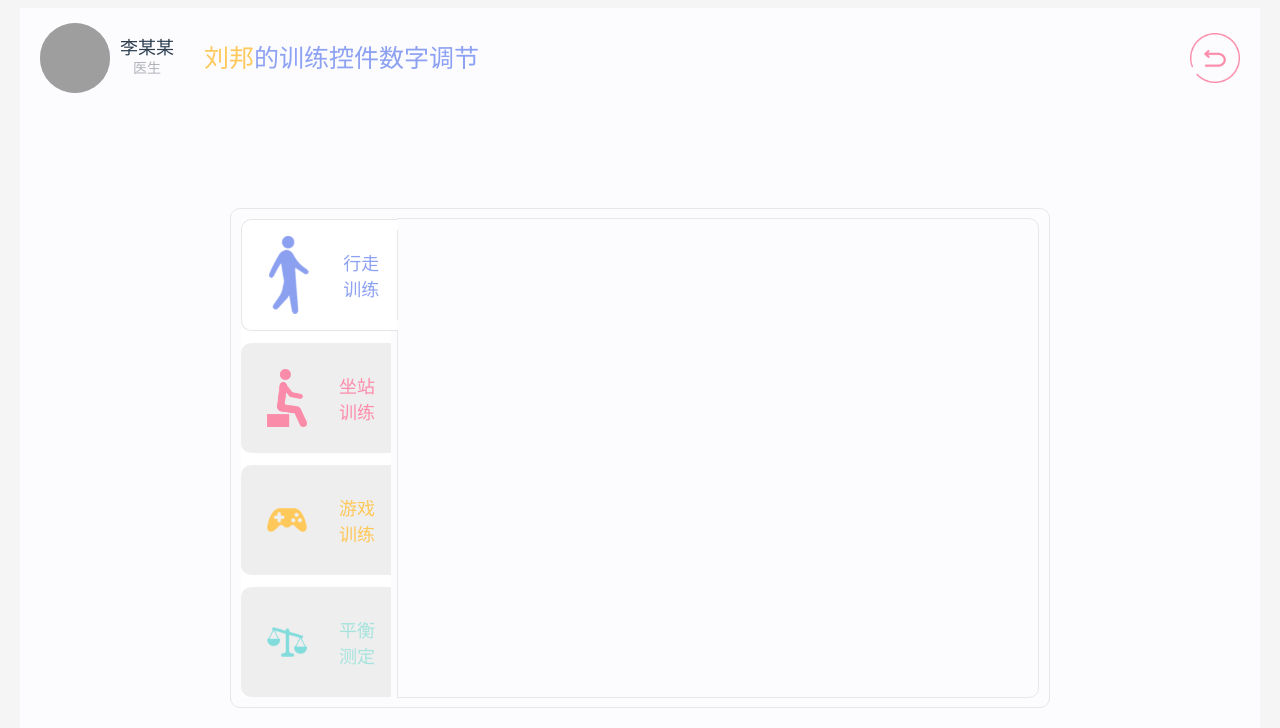
Repository: wangdanqing90/electron-vue-doctor
Page: /#/trainingAdjust
An editor plug-in stored every save of this project. The page is shown before and after the next save, followed by the edit.
The browser window is 1280 px wide. The pictures show the whole page.
Pictures or frames that could not be fetched are drawn as grey boxes. The project was rebuilt for these pictures with package versions that can differ from the ones it lists, and the page was loaded fresh each time. Also part of the build but not shown: vue.config.js, src/views/Home.vue, src/assets/styles/variable.scss, src/assets/styles/iconfont.css, src/components/Adjust/Adjust.vue.

Above is the page before, as saved 2020-01-15 08:48:21.

### public/index.html
<!DOCTYPE html>
<html lang="en">
  <head>
    <meta charset="utf-8">
    <meta http-equiv="X-UA-Compatible" content="IE=edge">
    <meta name="viewport" content="width=device-width,initial-scale=1.0">
    <link rel="icon" href="<%= BASE_URL %>favicon.ico">
    <title>electron-vue-demo</title>
  </head>
  <body>
    <noscript>
      <strong>We're sorry but electron-vue-demo doesn't work properly without JavaScript enabled. Please enable it to continue.</strong>
    </noscript>
    <div id="app"></div>
    <!-- built files will be auto injected -->
  </body>
</html>

### src/main.js
import Vue from 'vue'
import ElementUI from 'element-ui';
import 'element-ui/lib/theme-chalk/index.css';
import App from './App.vue'
import router from './router'
import store from './store'


import './assets/styles/variable.scss';
import './assets/styles/base.scss';
import './assets/styles/common.scss';
import './assets/styles/iconfont.css';
import common from './assets/js/common.js';


Vue.config.productionTip = false;
Vue.prototype.common = common;
Vue.use(ElementUI);


var vm = new Vue({
  router,
  store,
  render: h => h(App)
}).$mount('#app')





//var addon = require('bindings')('hello');var addon = require('bindings')('hello');
//alert(addon.hello()); // 'world'

### src/App.vue
<template>
  <div id="app">
    <!-- <div id="nav">
      <router-link to="/">Home</router-link> |
      <router-link to="/about">About</router-link>
    </div>-->
    <keep-alive>
      <router-view v-if="$route.meta.keepAlive"></router-view>
    </keep-alive>
    <router-view v-if="!$route.meta.keepAlive"></router-view>
  </div>
</template>

<style lang="scss">
#app {
  font-family: "Avenir", Helvetica, Arial, sans-serif;
  -webkit-font-smoothing: antialiased;
  -moz-osx-font-smoothing: grayscale;
  text-align: center;
  color: #2c3e50;
  height: 100%;
}
#nav {
  padding: 30px;
  a {
    font-weight: bold;
    color: #2c3e50;
    &.router-link-exact-active {
      color: #42b983;
    }
  }
}
</style>

### src/assets/styles/base.scss
html {
  background: #f5f5f5;
  height: 100%;
}

body {
  height: 100%;
}

p {
  margin: 0;
  padding: 0;
}

ol,
ul {
  list-style: none;
  margin: 0;
  padding: 0;
}

a {
  cursor: pointer;
}

.wrap-white {
  background: #fff;
  padding-left: 20px;
  padding-right: 20px;
  overflow: hidden;

}

.el-breadcrumb {
  margin-bottom: 15px;
}

.el-titleText {
  font-size: 20px;
  color: black;
  height: 64px;
  line-height: 64px;
}

//::-webkit-scrollbar {
//  width: 5px;
//  height: 5px;
//}
//
//::-webkit-scrollbar:horizontal {
//  height: 15px;
//}
//
//::-webkit-scrollbar-track-piece:vertical {
//  background-color: rgba(0, 0, 0, 0.2);
//  -webkit-border-radius: 6px;
//}
//
//::-webkit-scrollbar-track:horizontal {
//  background-color: rgba(0, 0, 0, 0.2);
//}
//
//::-webkit-scrollbar-thumb:vertical {
//  height: 5px;
//  background-color: rgba(125, 125, 125, 0.7);
//  -webkit-border-radius: 6px;
//}
//
//::-webkit-scrollbar-thumb:horizontal {
//  width: 5px;
//  background-color: rgba(125, 125, 125, 0.7);
//}

input[type="text"],
input[type="number"] {
  //-webkit-appearance: none;
  background-color: #fff;
  border-radius: 4px;
  border: 1px solid #d8dce5;
  box-sizing: border-box;
  color: #5a5e66;
  display: inline-block;
  font-size: inherit;
  height: 40px;
  line-height: 1;
  outline: 0;
  padding: 0 15px;
  -webkit-transition: border-color .2s cubic-bezier(.645, .045, .355, 1);
  transition: border-color .2s cubic-bezier(.645, .045, .355, 1);
  width: 100%;

  &:hover {
    border-color: #b4bccc;
  }

  &:focus {
    border-color: #409EFF;
    outline: 0;
  }
}

/*滚动条*/
::-webkit-scrollbar {
  -webkit-appearance: none;
}

::-webkit-scrollbar:vertical {
  width: 10px;
}

::-webkit-scrollbar:horizontal {
  height: 10px;
}

::-webkit-scrollbar-thumb {
  background-color: rgba(0, 0, 0, .5);
  border-radius: 10px;
  border: 2px solid #ffffff;
}

::-webkit-scrollbar-track {
  border-radius: 10px;
  background-color: #ffffff;
}

/*margin*/
.margin-bottom-240 {
  margin-bottom: 240px;
}

.margin-top--10 {
  margin-top: -10px;
}

.margin-top--15 {
  margin-top: -15px;
}

.margin-top--18 {
  margin-top: -18px;
}

.margin-top--20 {
  margin-top: -20px;
}

.margin-top--40 {
  margin-top: -40px;
}

.margin-top--60 {
  margin-top: -60px;
}

.margin-top--80 {
  margin-top: -80px;
}

.margin-top--180 {
  margin-top: -180px;
}

.margin-top-0 {
  margin-top: 0px !important;
}

.margin-top-10 {
  margin-top: 10px;
}

.margin-top-15 {
  margin-top: 15px;
}

.margin-top-20 {
  margin-top: 20px;
}

.margin-top-25 {
  margin-top: 25px;
}

.margin-top-30 {
  margin-top: 30px;
}

.margin-top-35 {
  margin-top: 35px;
}

.margin-top-40 {
  margin-top: 40px;
}

.margin-top-46 {
  margin-top: 46px;
}

.margin-top-50 {
  margin-top: 50px;
}

.margin-top-60 {
  margin-top: 60px;
}

.margin-top-70 {
  margin-top: 70px;
}

.margin-top-80 {
  margin-top: 80px;
}

.margin-top-100 {
  margin-top: 100px;
}

.margin-bottom-0 {
  margin-bottom: 0px !important;
}

.margin-bottom-5 {
  margin-bottom: 5px;
}

.margin-bottom-10 {
  margin-bottom: 20px;
}

.margin-bottom-20 {
  margin-bottom: 20px;
}

.margin-bottom-25 {
  margin-bottom: 25px;
}

.margin-bottom-30 {
  margin-bottom: 30px;
}

.margin-bottom-40 {
  margin-bottom: 40px;
}

.margin-bottom-50 {
  margin-bottom: 50px;
}

.margin-bottom-60 {
  margin-bottom: 60px;
}

.margin-bottom-70 {
  margin-bottom: 70px;
}

.margin-left-0 {
  margin-left: 0px !important;
}

.margin-left-5 {
  margin-left: 5px;
}

.margin-left--15 {
  margin-left: -15px;
}

.margin-left--35 {
  margin-left: -35px;
}

.margin-left-10 {
  margin-left: 10px;
}

.margin-left-25 {
  margin-left: 25px;
}

.margin-left-30 {
  margin-left: 30px;
}

.margin-left-40 {
  margin-left: 40px;
}

.margin-right-0 {
  margin-right: 0px;
}

.margin-right-5 {
  margin-right: 5px;
}

.margin-right-10 {
  margin-right: 10px;
}

.margin-right-30 {
  margin-right: 30px;
}


.margin-right--15 {
  margin-right: -15px;
}

.margin-right--35 {
  margin-right: -35px;
}

.margin-right--50 {
  margin-right: -50px;
}

.margin-0 {
  margin: 0px;
}

.padding-top-5 {
  padding-top: 5px;
}

.padding-top-10 {
  padding-top: 10px;
}

.padding-top-15 {
  padding-top: 15px;
}

.padding-top-20 {
  padding-top: 20px;
}

.padding-top-26 {
  padding-top: 26px;
}

.padding-top-30 {
  padding-top: 30px;
}

.padding-top-35 {
  padding-top: 35px;
}

.padding-top-40 {
  padding-top: 40px;
}

.padding-top-60 {
  padding-top: 60px;
}

.padding-top-70 {
  padding-top: 70px;
}

.padding-top-100 {
  padding-top: 100px;
}

.padding-top-150 {
  padding-top: 150px;
}

.padding-top-250 {
  padding-top: 250px;
}

.padding-left-0 {
  padding-left: 0px;
}

.padding-left-5 {
  padding-left: 5px;
}

.padding-left-7 {
  padding-left: 7.5px;
}

.padding-left-10 {
  padding-left: 10px;
}

.padding-left-12 {
  padding-left: 12px;
}

.padding-left-15 {
  padding-left: 15px;
}

.padding-left-20 {
  padding-left: 20px;
}

.padding-left-24 {
  padding-left: 24px;
}

.padding-left-30 {
  padding-left: 30px;
}

.padding-left-40 {
  padding-left: 40px;
}

.padding-left-50 {
  padding-left: 50px;
}

.padding-left-70 {
  padding-left: 70px;
}

.padding-left-90 {
  padding-left: 90px;
}

.padding-bottom-5 {
  padding-bottom: 5px;
}

.padding-bottom-10 {
  padding-bottom: 10px;
}

.padding-bottom-20 {
  padding-bottom: 20px;
}

.padding-bottom-26 {
  padding-bottom: 26px;
}

.padding-bottom-30 {
  padding-bottom: 30px;
}

.padding-bottom-40 {
  padding-bottom: 40px;
}

.padding-bottom-50 {
  padding-bottom: 50px;
}

.padding-bottom-60 {
  padding-bottom: 60px;
}

.padding-bottom-100 {
  padding-bottom: 100px;
}

.padding-right-0 {
  padding-right: 0px;
}

.padding-right-7 {
  padding-right: 7.5px;
}

.padding-right-15 {
  padding-right: 15px;
}

.padding-right-30 {
  padding-right: 30px;
}

.padding-right-40 {
  padding-right: 40px;
}

.padding-right-50 {
  padding-right: 50px;
}

.padding-right-60 {
  padding-right: 60px;
}

.padding-right-90 {
  padding-right: 90px;
}

.padding-0 {
  padding: 0px !important;
}

.padding-15 {
  padding: 15px;
}

.padding-20 {
  padding: 20px;
}

@media (min-width: 992px) {
  .margin-left-15 {
    margin-left: 15px;
  }

  .margin-right-15 {
    margin-right: 15px;
  }
}

body {
  font-size: 12px;
  color: #7F8FA4;
  font-family: "Helvetica Neue", Helvetica, "PingFang SC", "Hiragino Sans GB", "Microsoft YaHei", "微软雅黑", Arial, sans-serif;
  box-sizing: border-box;
}

.container {
  width: 1200px;
  min-height: 100%;
  margin: 0 auto;
  background: #fcfcfe;
  padding: 0 20px;
}

.el-dialog__body {
  font-size: 12px;
}

.pb10 {
  padding-bottom: 10px;
}

.pb30 {
  padding-bottom: 30px;
}

.mb30 {
  margin-bottom: 30px;
}

.toolbar {
  background: #fff;
  padding: 10px;
  margin: 10px 0px;
  text-align: center;
}

.handleMoreWrap .el-dialog__body {
  padding: 10px;
}

.handleMore-title {
  text-align: center;
  padding-bottom: 6px;
}

.handleMoreHeight {
  max-height: 300px;
  overflow: hidden;
  overflow-y: auto;
  border-top: 1px solid #ddd;
  padding-top: 10px;
}

.el-table__header th {
  white-space: nowrap;
  font-size: 12px;
  font-weight: 100;
}

.content-wrapper {
  -webkit-overflow-scrolling: touch;
}

.center {
  text-align: center;
}

.text-right {
  text-align: right;
}

.text-left {
  text-align: left;
}

.f-left {
  float: left;
}

.f-right {
  float: right;
}

.hand {
  cursor: pointer;
}

/*flex兼容*/
.display_flex {
  display: -webkit-box;
  display: -ms-flexbox;
  display: -webkit-flex;
  display: flex;
}

// .display_flex>* {
//   display: block;
// }

.display_inline-flex {
  display: -webkit-inline-box;
  display: -ms-inline-flexbox;
  display: -webkit-inline-flex;
  display: inline-flex;
}

// .display_inline-flex>* {
//   display: block;
// }

/*伸缩流方向*/
.flex-direction_column {
  -webkit-box-orient: vertical;
  -ms-flex-direction: column;
  -webkit-flex-direction: column;
  flex-direction: column;
}

/*主轴对齐*/
.justify-content_flex-center {
  -webkit-box-pack: center;
  -ms-flex-pack: center;
  -webkit-justify-content: center;
  justify-content: center;
}

.justify-content_flex-start {
  -webkit-box-pack: start;
  -ms-flex-pack: start;
  -webkit-justify-content: flex-start;
  justify-content: flex-start;
}

.justify-content_flex-end {
  -webkit-box-pack: end;
  -ms-flex-pack: end;
  -webkit-justify-content: flex-end;
  justify-content: flex-end;
}

.justify-content_flex-justify {
  -webkit-box-pack: justify;
  -ms-flex-pack: justify;
  -webkit-justify-content: space-between;
  justify-content: space-between;
}

.justify-content_flex-around {
  -webkit-box-pack: justify;
  -ms-flex-pack: justify;
  -webkit-justify-content: space-around;
  justify-content: space-around;
}

/*侧轴对齐*/
.align-items_flex-start {
  -webkit-box-align: start;
  -ms-flex-align: start;
  -webkit-align-items: flex-start;
  align-items: flex-start;
}

.align-items_flex-end {
  -webkit-box-align: end;
  -ms-flex-align: end;
  -webkit-align-items: flex-end;
  align-items: flex-end;
}

.align-items_center {
  -webkit-box-align: center;
  -ms-flex-align: center;
  -webkit-align-items: center;
  align-items: center;
}

.align-items_baseline {
  -webkit-box-align: baseline;
  -ms-flex-align: baseline;
  -webkit-align-items: baseline;
  align-items: baseline;
}

/*伸缩性*/
.flex_auto {
  -webkit-box-flex: 1;
  -ms-flex: auto;
  -webkit-flex: auto;
  flex: auto;
}

.flex_1 {
  width: 0;
  -webkit-box-flex: 1;
  -ms-flex: 1;
  -webkit-flex: 1;
  flex: 1;
}

/*显示顺序*/
.order_2 {
  -webkit-box-ordinal-group: 2;
  -ms-flex-order: 2;
  -webkit-order: 2;
  order: 2;
}

.order_3 {
  -webkit-box-ordinal-group: 3;
  -ms-flex-order: 3;
  -webkit-order: 3;
  order: 3;
}

### src/assets/styles/common.scss
.clearfix {

  &::after {
    display: block;
    height: 0;
    content: ".";
    clear: both;
    visibility: hidden;
  }
}

.float-left {
  float: left;
}

.float-right {
  float: right;
}

.align-left {
  text-align: left;
}

.align-right {
  text-align: right;
}

.small-size {
  font-size: 12px !important;
}

.large-size {
  font-size: 16px !important;
}

.New-elFrom {
  padding: 10px;
  background: #fff;

  .el-form-item {
    margin-bottom: 0;
  }

  .el-form-item__label {
    padding: 0;
    line-height: 30px;
    font-size: 12px;
    color: #7F8FA4;

  }

  .el-form-item__content-btn {
    text-align: center;
    padding: 20px 0 10px;
  }

  .el-select {
    display: block;
  }

  .el-date-editor.el-input,
  .el-input-number--medium {
    width: 100%;
  }
}

.el-radio-group {
  display: flex;
  display: -webkit-flex;
}

.el-radio-group .el-radio-button {
  flex: 1;
}



.el-button.purple,
.el-button.purple:active,
.el-button.purple:focus,
.el-button.purple:hover {
  color: white;
  background-color: #8c69e7;
  border: none;
  box-shadow: 0 2px 12px 0 rgba(240, 240, 240, 0.1)
}



.el-dialog {
  border-radius: 10px;

  .el-dialog__body {
    .purple {
      color: $purpleFontColor;
      font-size: 20px;
    }
  }
}

.el-form-item__label {
  color: $purpleFontColor;
}

.el-message-box .el-message-box__content {
  color: $purpleFontColor;
  font-size: 20px;
  margin: 30px 0;
  text-align: center;
}

.purpleFontColor {
  color: $purpleFontColor;
}

.pinkFontColor {
  color: $pinkFontColor;
}

.greenFontColor {
  color: $greenFontColor;
}

.yellowFontColor {
  color: $yellowFontColor;
}

### src/assets/js/common.js
1
export default {
    login: function () {
        console.log("1111");
    },

    // 判断是否为空
    isNullOrBlank: function (strJudge) {
        return strJudge === null || strJudge === undefined || strJudge === '';
    },

    // 计算两个日期时间差
    DateDiff: function (sDate1, sDate2) { // sDate1和sDate2是2002-12-18格式
        var aDate, oDate1, oDate2, iDays
        aDate = sDate1.split('-')
        oDate1 = new Date(aDate[1] + '-' + aDate[2] + '-' + aDate[0])
        aDate = sDate2.split('-')
        oDate2 = new Date(aDate[1] + '-' + aDate[2] + '-' + aDate[0])
        iDays = parseInt(Math.abs(oDate1 - oDate2) / 1000 / 60 / 60 / 24)
        return iDays
    }
}

### src/views/TrainingAdjust/TrainingAdjust.vue
/* eslint-disable vue/no-unused-vars */
<template>
  <div class="container">
    <HeaderDoctor :leftImg="leftImg" :title="title" :titleName="titleName">
      <template v-slot:right>
        <div class="header-right-div display_flex justify-content_flex-center align-items_center">
          <img src="@/../images/back.png" @click="backClick" />
        </div>
      </template>
    </HeaderDoctor>

    <div class="inform-container">
      <div class="inform-inner display_flex justify-content_flex-justify align-items_center">
        <div
          class="left display_inline-flex flex-direction_column justify-content_flex-justify align-items_center"
        >
          <div
            class="left-inner"
            :class="activeClass == index ? 'active':''"
            v-for="(item,index) in tagList"
            :key="index"
            @click="getItem(index)"
          >
            <div
              class="left-inner-inner display_flex justify-content_flex-around align-items_center"
            >
              <img :src="item.imgsrc" />
              <div :class="item.colorClass">
                <div>{{item.name}}</div>
                <div>{{item.namebottom}}</div>
              </div>
            </div>
          </div>
        </div>
        <div class="right"></div>
      </div>
    </div>
  </div>
</template>

<script>
import HeaderDoctor from "@/components/HeaderDoctor/HeaderDoctor.vue";

export default {
  name: "trainingPlan",
  components: {
    HeaderDoctor
  },

  data() {
    return {
      leftImg: "",
      activeClass: 0,
      tagList: [
        {
          name: "行走",
          namebottom: "训练",
          id: 1,
          imgsrc: require("@/../images/walkingtraining.png"),
          colorClass: "purpleFontColor"
        },
        {
          name: "坐站",
          namebottom: "训练",
          id: 2,
          imgsrc: require("@/../images/stationtraining.png"),
          colorClass: "pinkFontColor"
        },
        {
          name: "游戏",
          namebottom: "训练",
          id: 3,
          imgsrc: require("@/../images/gametraining.png"),
          colorClass: "yellowFontColor"
        },
        {
          name: "平衡",
          namebottom: "测定",
          id: 4,
          imgsrc: require("@/../images/balancedetermination.png"),
          colorClass: "greenFontColor"
        }
      ]
    };
  },
  created() {
    this.leftImg = require("../../../images/logo.png");
    this.title = "的训练控件数字调节";
    this.titleName = "刘邦";
  },
  methods: {
    backClick() {
      this.$router.go(-1);
    },
    getItem(index) {
      this.activeClass = index; // 把当前点击元素的index，赋值给activeClass
    }
  },
  watch: {}
};
</script>

<style scoped lang="scss">
.header {
  .header-right {
    img {
      width: 50px;
      margin-left: 20px;
    }
  }
}
.inform-container {
  box-sizing: border-box;
  margin: 100px auto;
  height: 500px;
  font-size: 12px;
  border-radius: 10px;
  border: 1px solid #e7e7e7;
  width: 820px;

  .inform-inner {
    box-sizing: border-box;
    padding: 10px;
    height: 100%;
    font-size: 18px;
    .left {
      width: 150px;
      background: white;
      height: 100%;
      z-index: 10;
      .left-inner {
        width: 100%;
        border-radius: 10px 0 0 10px;
        background: #eeeeee;
        .left-inner-inner {
          height: 90px;
          margin: 10px 0 10px 10px;
        }
        img {
          width: 40px;
        }
      }
      .active {
        background: white;
        border-top: 1px solid #e7e7e7;
        border-left: 1px solid #e7e7e7;
        border-bottom: 1px solid #e7e7e7;
        width: 156px;
        margin-right: -6px;
        .left-inner-inner {
          border-right: 1px solid #e7e7e7;
        }
      }
    }
    .right {
      width: 640px;

      height: 100%;
      border-top: 1px solid #e7e7e7;
      border-right: 1px solid #e7e7e7;
      border-bottom: 1px solid #e7e7e7;
      border-left: 1px solid #e7e7e7;
      border-radius: 0 10px 10px 0;
    }
  }
}
</style>

### src/components/HeaderDoctor/HeaderDoctor.vue
// 头部组件
<template>
  <el-row>
    <el-col :span="24" class="header">
      <div
        @click="jumpDoctorInform"
        class="header-left f-left display_flex justify-content_flex-center align-items_center"
      >
        <el-avatar
          :size="70"
          src="https://cube.elemecdn.com/0/88/03b0d39583f48206768a7534e55bcpng.png"
        ></el-avatar>
        <div
          class="display_flex flex-direction_column justify-content_flex-center align-items_center margin-left-10"
        >
          <div class="name">李某某</div>
          <div class="job">医生</div>
        </div>
      </div>
      <div class="header-middle-name f-left">{{titleName}}</div>
      <div class="header-middle f-left">{{title}}</div>

      <div class="header-right f-right">
        <slot name="right"></slot>
      </div>
    </el-col>
  </el-row>
</template>

<script>
export default {
  name: "HeaderDoctor",
  props: {
    msg: String,
    leftImg: {
      type: String,
      default: "../../../images/logo.png"
    },
    title: { String, default: "" },
    titleName: { String, default: "" }
  },

  data() {
    return {};
  },

  created() {},
  beforeDestroy() {},
  beforeMount() {},
  mounted() {},
  destroyed() {},
  methods: {
    jumpDoctorInform() {
      this.$router.push({
        path: "/detailInform",
        name: "detailInform",
        query: { type: "doctor" }
      });
    }
  }
};
</script>

<style scoped lang="scss">
.header {
  height: 100px;
  line-height: 100px;
  .header-left {
    height: 100%;
    text-align: left;
    margin-right: 30px;
    img {
      width: 150px;
    }
    .name {
      height: 20px;
      line-height: 20px;
      font-size: 18px;
    }
    .job {
      height: 20px;
      line-height: 20px;
      font-size: 14px;
      color: #b0b3b9;
    }
  }
  .header-middle-name {
    font-size: 25px;

    color: $yellowFontColor;
  }
  .header-middle {
    font-size: 25px;

    color: $purpleFontColor;
  }
  .header-right {
    height: 100%;
  }
}

::v-deep .header-right-div {
  height: 100%;
}
</style>

Loaded but not shown: src/store.js (common file); src/router.js (99 lines, source omitted)

After the next save:
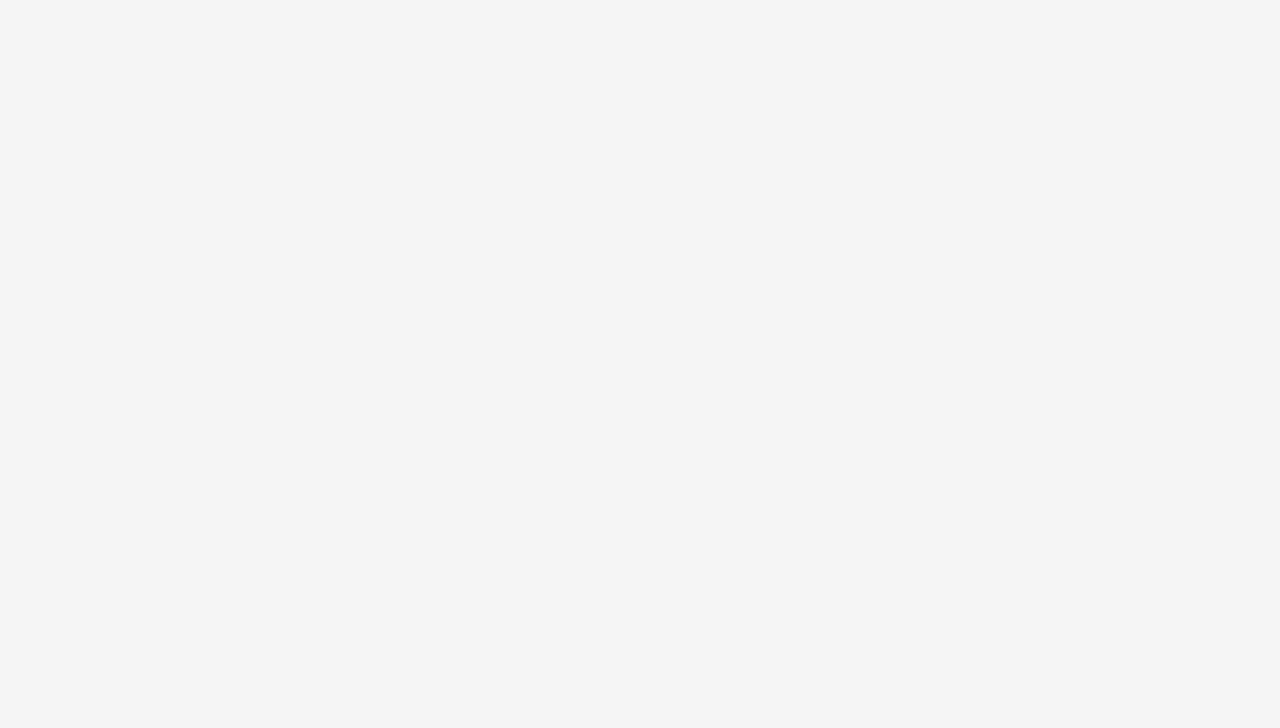
Saved 34 s later.
--- a/src/views/TrainingAdjust/TrainingAdjust.vue
+++ b/src/views/TrainingAdjust/TrainingAdjust.vue
@@ -44,7 +44,8 @@ import HeaderDoctor from "@/components/HeaderDoctor/HeaderDoctor.vue";
 export default {
   name: "trainingPlan",
   components: {
-    HeaderDoctor
+    HeaderDoctor,
+    Adjust
   },
 
   data() {

After the save that followed:
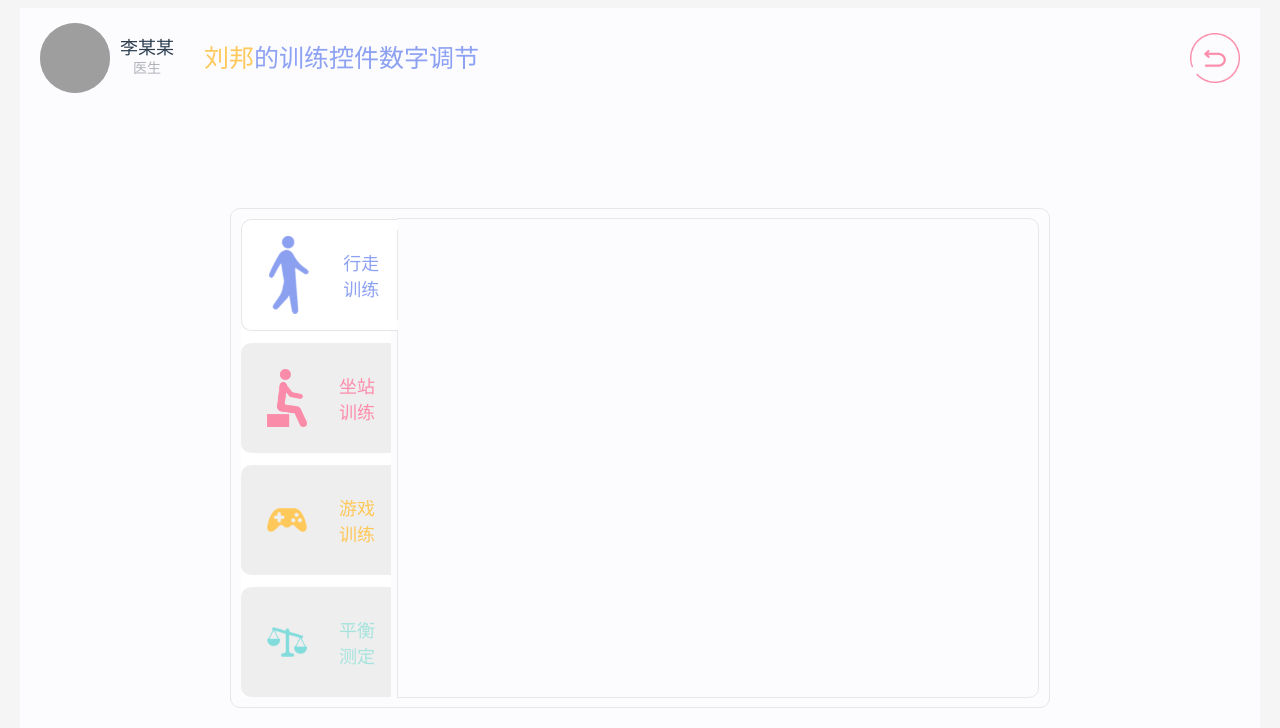
Saved 20 s later.
--- a/src/views/TrainingAdjust/TrainingAdjust.vue
+++ b/src/views/TrainingAdjust/TrainingAdjust.vue
@@ -40,6 +40,7 @@
 
 <script>
 import HeaderDoctor from "@/components/HeaderDoctor/HeaderDoctor.vue";
+import Adjust from "@/components/Adjust/Adjust.vue";
 
 export default {
   name: "trainingPlan",
